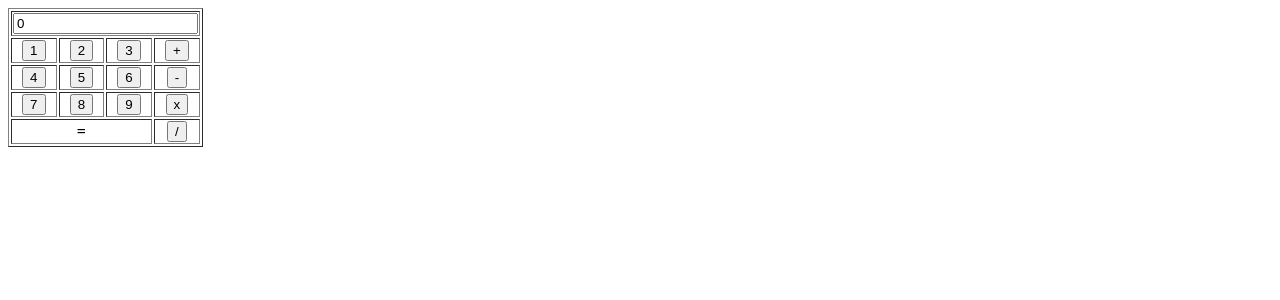
Repository: oUYUo/javaweb_and_javaBaseKnowLedge
Page: http://localhost/computer/
These files come from the project's save history. The page is drawn as it stood at one moment and after the next save; the edit follows.
The browser window is 1280 px wide. The pictures show the whole page.
The page is served by Tomcat 9.

Above is the page before, as saved 2018-02-27 09:05:17.

After the next save:
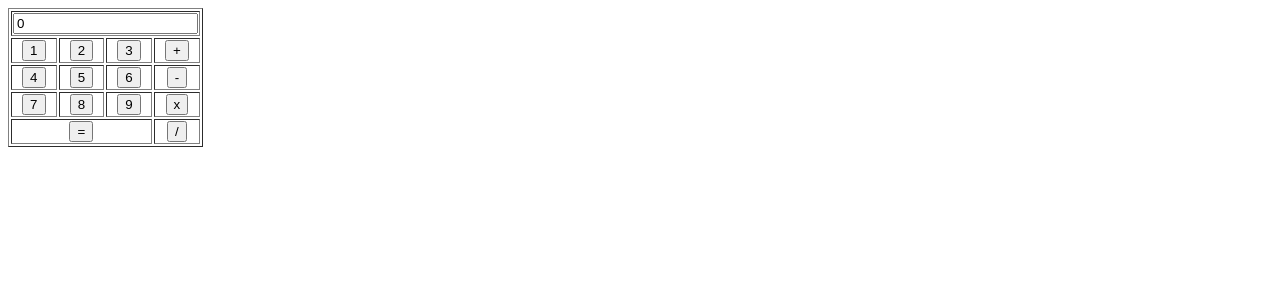
Saved 25 s later.
--- a/computer/WebContent/index.jsp
+++ b/computer/WebContent/index.jsp
@@ -32,7 +32,7 @@
     <th><input type="button" name="x" value="x"></th>
   </tr>
   <tr>
-  	<th colspan="3">=</th>
+  	<th colspan="3"><input type="button" name="=" value="="></th>
   	<th><input type="button" name="/" value="/"></th>
   </tr>
 </table>
